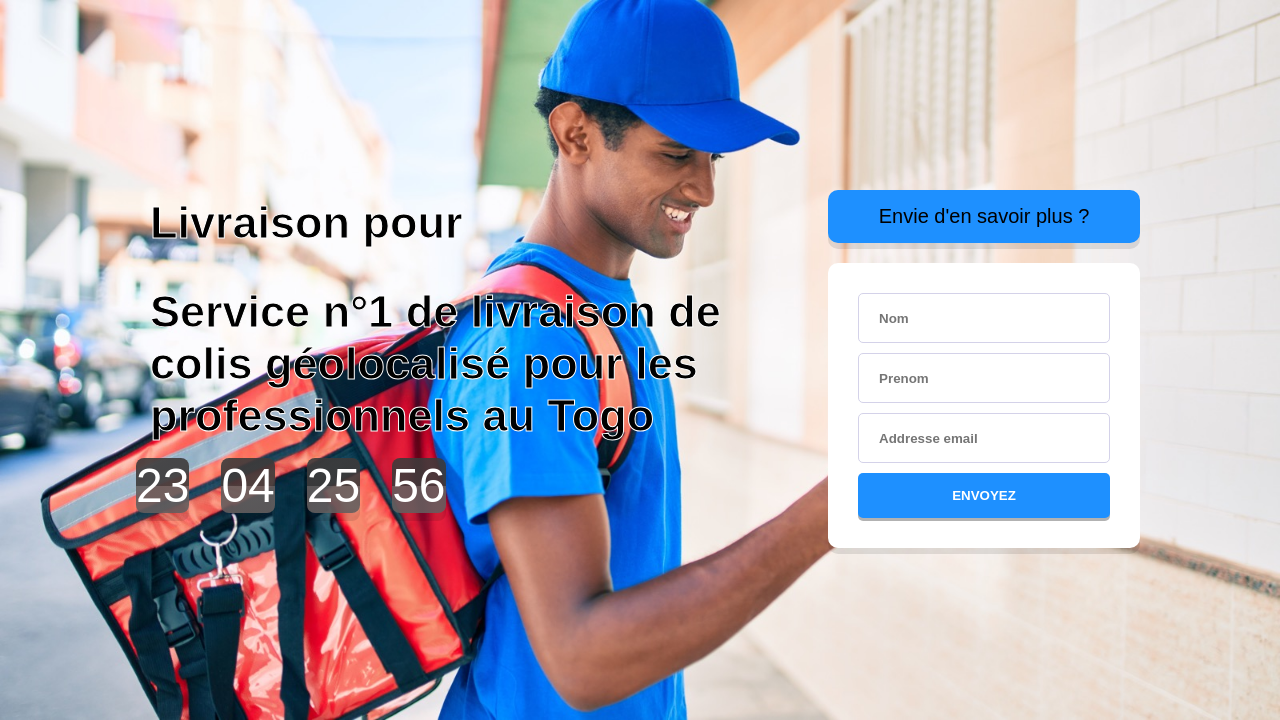
Repository: lawalalao/landpage
Page: index.html
The author's editor kept a copy of each file at every save. The page is drawn from the files as they stood at one save, then again after the next save.
The browser window is 1280 px wide. The pictures show the whole page.
Some web fonts or font styles are not loaded; a fallback is used.

Above is the page before, as saved 2021-01-12 19:54:46.
Console error: TypeError: Cannot read properties of null (reading 'addEventListener')

After the next save:
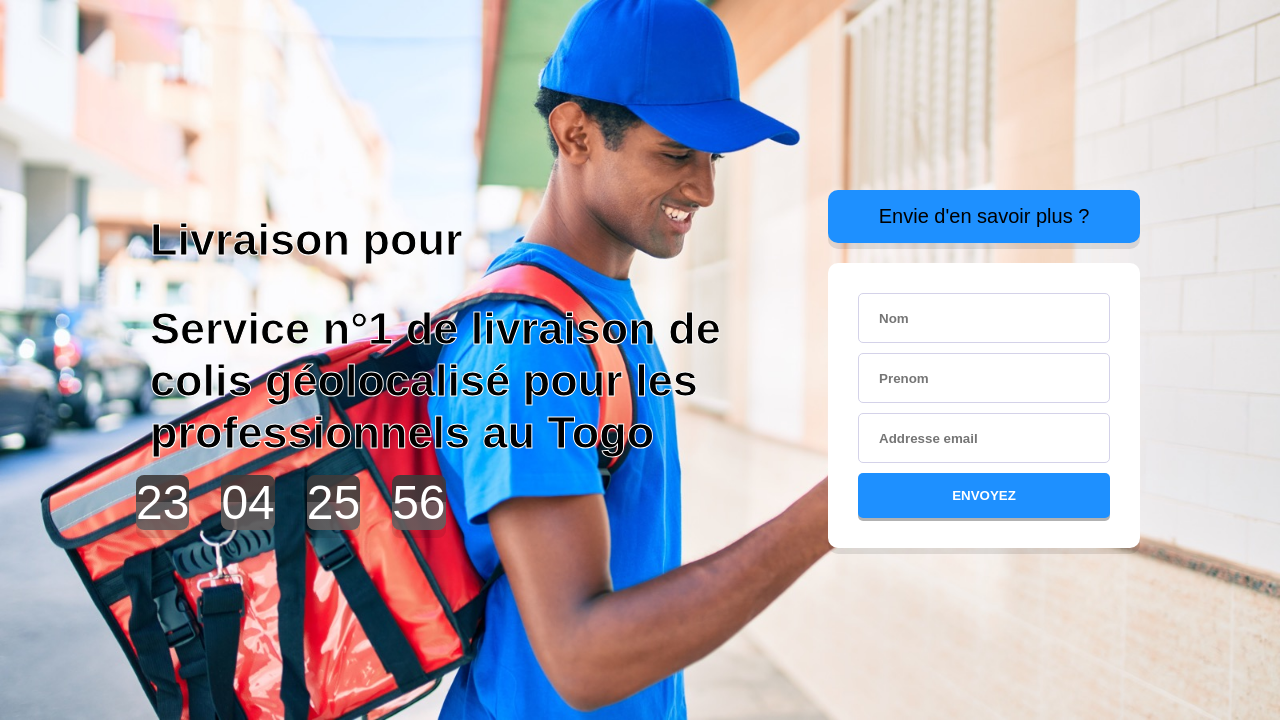
Saved 52 s later.
--- a/style.css
+++ b/style.css
@@ -198,6 +198,10 @@ input:hover {
          width: 60%;
 
      }
+
+    .signup-intro{
+        margin-top: 35px;
+    }
  }
 
  @media screen and (min-width: 768px) {
